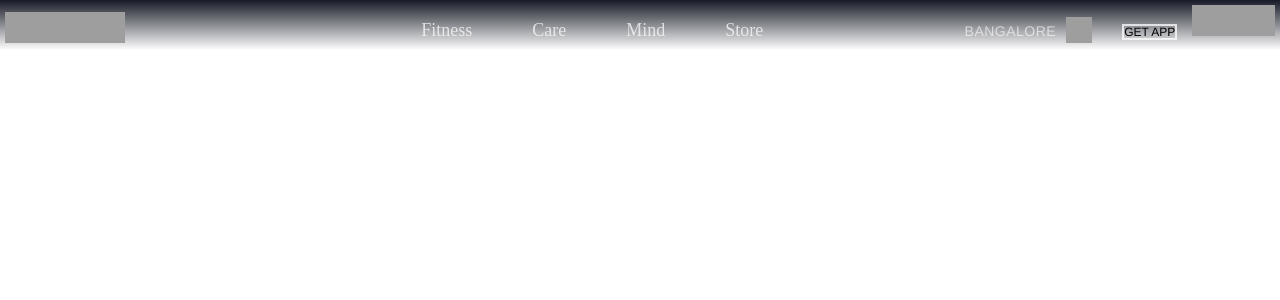
Repository: 1sanjeetsharma/cult-fit-clone
Page: /
An editor plug-in stored every save of this project. The page is shown before and after the next save, followed by the edit.
The browser window is 1280 px wide. The pictures show the whole page.
Pictures or frames that could not be fetched are drawn as grey boxes. Some web fonts or font styles are not loaded; a fallback is used. The project was rebuilt for these pictures with package versions that can differ from the ones it lists, and the page was loaded fresh each time. Also part of the build but not shown: vite.config.js, src/components/body/footer/Footer.jsx.

Above is the page before, as saved 2023-07-31 16:33:25.

After the next save:
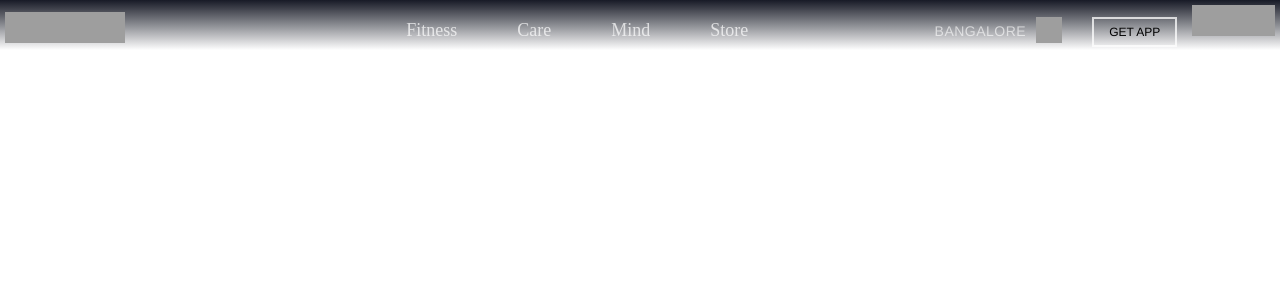
Saved 13 s later.
--- a/src/components/body/Navbar/navbar.css
+++ b/src/components/body/Navbar/navbar.css
@@ -131,6 +131,7 @@ button:focus {
 	border: 2px solid rgba(255, 255, 255, 0.75);
 	font-size: 12px;
 	line-height: 12px;
+	padding: 7px 15px;
 }
 .cart {
 	/* border */
